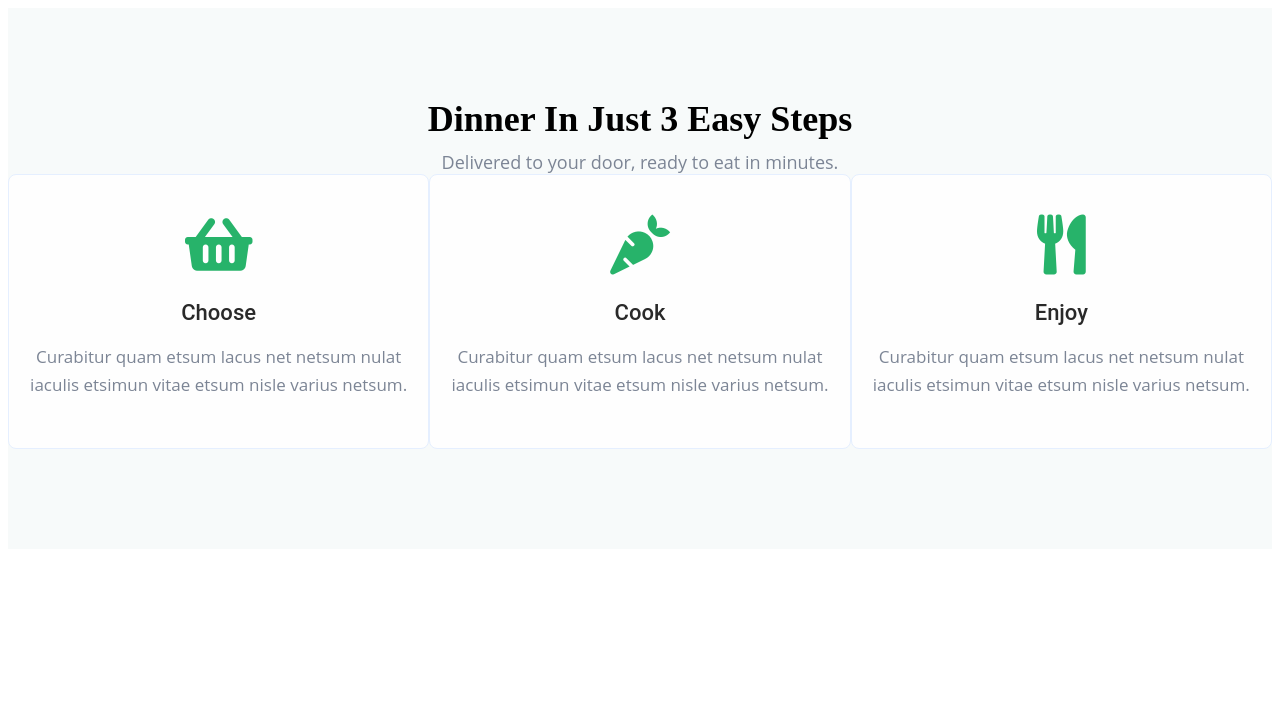
Repository: ST-United-Internship/leadpage
Page: wrapper-UI.html
An editor plug-in stored every save of this project. The page is shown before and after the next save, followed by the edit.
The browser window is 1280 px wide. The pictures show the whole page.

Above is the page before, as saved 2023-03-15 14:16:36.

### wrapper-UI.html
<!DOCTYPE html>
<html lang="en">
<head>
    <meta charset="UTF-8">
    <meta http-equiv="X-UA-Compatible" content="IE=edge">
    <meta name="viewport" content="width=device-width, initial-scale=1.0">
    <title>Document</title>
    <link rel="stylesheet" href="css/wrapper-UI.css">
    <link rel="stylesheet" href="css/common.css">
    <link rel="stylesheet" href="https://use.fontawesome.com/releases/v5.15.4/css/all.css" integrity="sha384-DyZ88mC6Up2uqS4h/KRgHuoeGwBcD4Ng9SiP4dIRy0EXTlnuz47vAwmeGwVChigm" crossorigin="anonymous"/>
</head>
<body>
    <section>
        <div class="about">
            <div class="title-text">
                <h2>Dinner In Just 3 Easy Steps</h2>
                <p>Delivered to your door, ready to eat in minutes.</p>
            </div>
            <div class="card-container">
                <div class="card-title">
                    <div class="card-wrapper">
                        <i class="fas fa-shopping-basket"></i>
                        <h3>Choose</h3>
                        <p>Curabitur quam etsum lacus net netsum nulat iaculis etsimun vitae etsum nisle varius netsum.</p>
                    </div>
                    <div class="card-wrapper">
                        <i class="fas fa-carrot"></i>
                        <h3>Cook</h3>
                        <p>Curabitur quam etsum lacus net netsum nulat iaculis etsimun vitae etsum nisle varius netsum.</p>
                    </div>
                    <div class="card-wrapper">
                        <i class="fas fa-utensils"></i>
                        <h3>Enjoy</h3>
                        <p>Curabitur quam etsum lacus net netsum nulat iaculis etsimun vitae etsum nisle varius netsum.</p>
                    </div>
                </div>
                <div></div>
                <div></div>
            </div>
        </div>
    </section>
</body>
</html>

### css/wrapper-UI.css
section{
    background: #f7fafa;
    padding: 90px 0 100px 0;
}
.about{
    background-color: #f7fafa;
}

.about .title-text{
    text-align: center;
    /* padding: 90px; */
}

.about .title-text h2{
    font-size: 36px;
    margin: 0px 0px 10px 0px;
}

.about .title-text p{
    font-size: 18px;
    font-family: 'Open Sans', sans-serif;
    margin: 0;
    font-weight: 400;
    color: #7c8595;
}

/* .about .card-coutainer{
    display: flex;
    background-color: #fefefe;
}


.about .card-coutainer .card-title{
    text-align: center;
    width: 18%;
}
.card-wrapper{
    transition: transform 0.5s linear;
}
.card-wrapper:hover {
  border: 1px solid #27b36a;
  transform: scale(1.05, 1.05);
} */

.about{
    background-color:#f7fafa ;
}

/* .about .card-container{
    width: 50%;
} */
.about .card-container .card-title {
    display: flex;
    position: relative;
    justify-content: space-evenly;
}

.card-wrapper{
    background-color: #FeFeFe;
    text-align: center;
    transition: transform 0.5s linear;
    padding: 40px 15px 32px 15px;
    transition: all 1s;
    border: 1px solid #e5efff;
    border-radius: 8px 8px;
}

.card-wrapper:hover{
    border: 1px solid #27b36a;
    transform: scale(1.05, 1.05);
}

.about .card-container .card-title .card-wrapper i{
    margin-bottom: 25px;
    font-size: 60px;
    color: #27b36a;
}

.about .card-container .card-title .card-wrapper p{
    font-size: 17px;
    line-height: 28px;
    font-weight: 400;
    color: #7c8595;
    font-family: 'Open Sans', sans-serif;
}

.about .card-container .card-title .card-wrapper h3{
    font-size: 22px;
    font-weight: 500;
    color: #292929;
    margin: 0px 0px 15px 0px;
    font-family: 'Roboto', sans-serif;
    line-height: 26.4px;
}

### css/common.css
.container {
  max-width: 80%;
  margin: auto;
  border: 1px solid blue;
}
.card {
  width: 400px;
}
.space-vertical {
  padding: 20px 0;
}

.space-horizontal {
  padding: 0 20px;
}

*,
**,
*::before,
*::after {
  box-sizing: border-box;
}

After the next save:
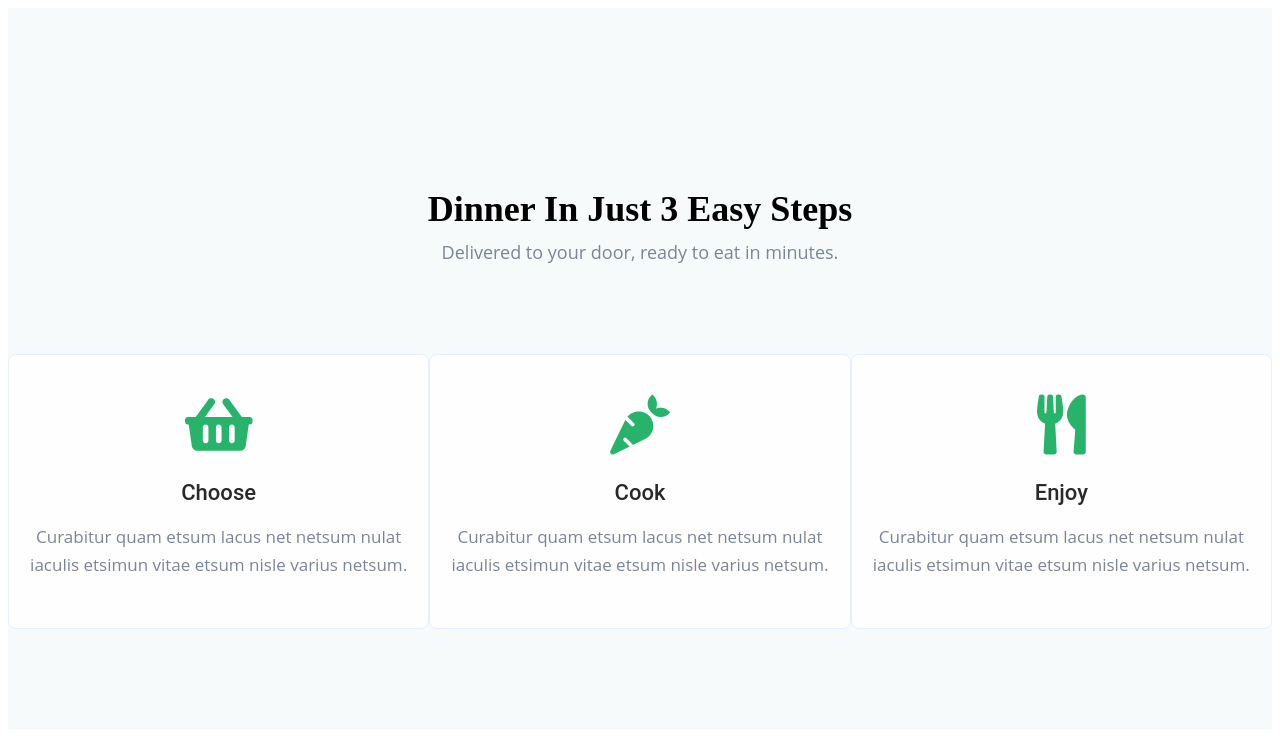
Saved 38 s later.
--- a/css/wrapper-UI.css
+++ b/css/wrapper-UI.css
@@ -8,7 +8,7 @@ section{
 
 .about .title-text{
     text-align: center;
-    /* padding: 90px; */
+    padding: 90px;
 }
 
 .about .title-text h2{
@@ -23,24 +23,6 @@ section{
     font-weight: 400;
     color: #7c8595;
 }
-
-/* .about .card-coutainer{
-    display: flex;
-    background-color: #fefefe;
-}
-
-
-.about .card-coutainer .card-title{
-    text-align: center;
-    width: 18%;
-}
-.card-wrapper{
-    transition: transform 0.5s linear;
-}
-.card-wrapper:hover {
-  border: 1px solid #27b36a;
-  transform: scale(1.05, 1.05);
-} */
 
 .about{
     background-color:#f7fafa ;
